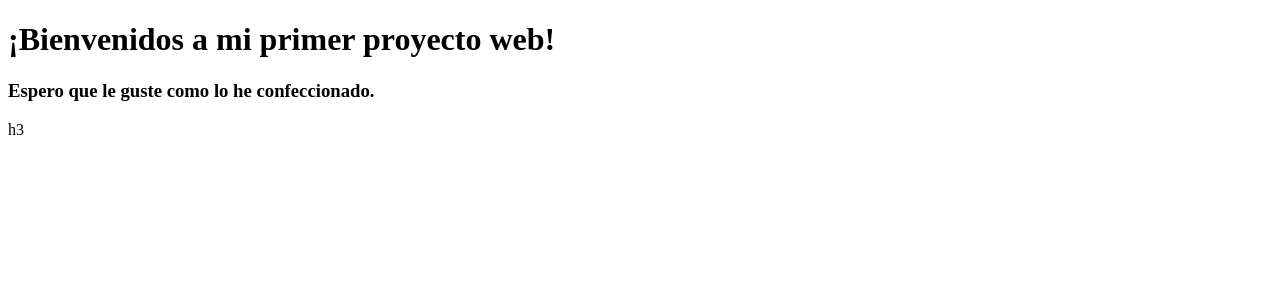
Repository: Pablosky971/Ejercicio-4.-Proyecto-Web
Page: Ejercicio4/src/main/webapp/WEB-INF/index.html
An editor plug-in stored every save of this project. The page is shown before and after a run of saves, followed by the edit.
The browser window is 1280 px wide. The pictures show the whole page.

Above is the page before, as saved 2022-03-09 12:02:07.

After the next 2 saves:
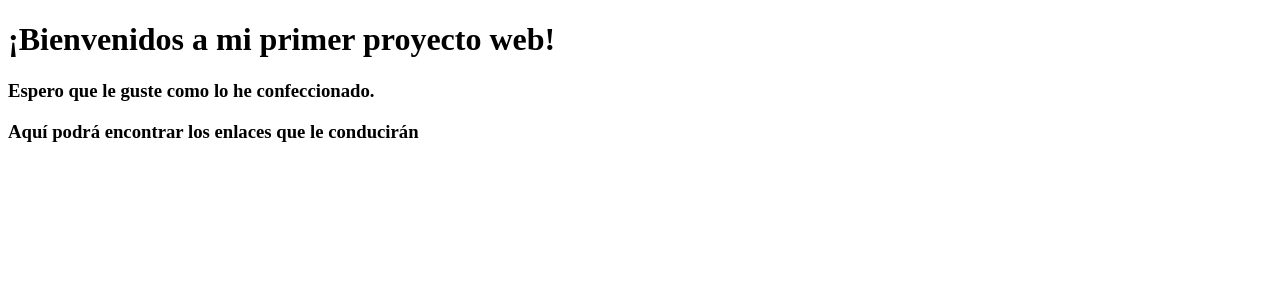
The 2 saves are shown as one change because they came seconds apart.
The last was saved 30 s later.
--- a/Ejercicio4/src/main/webapp/WEB-INF/index.html
+++ b/Ejercicio4/src/main/webapp/WEB-INF/index.html
@@ -14,7 +14,7 @@
 	<main>
 
 	<nav>
-		h3
+		<h3> Aquí podrá encontrar los enlaces que le conducirán</h3>
 	</nav>
 	</main>
 
